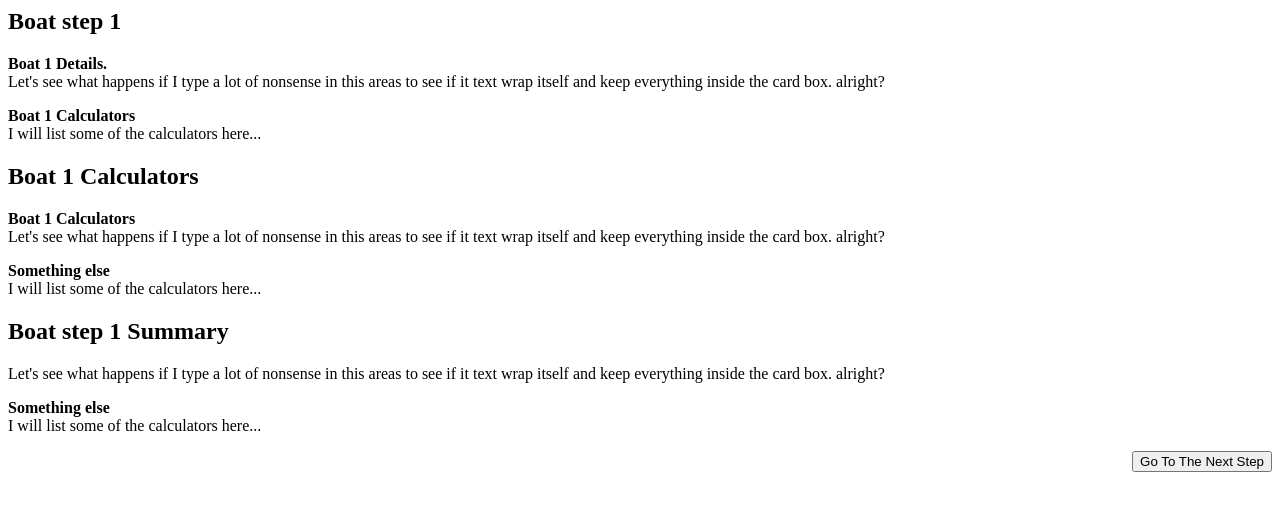
Repository: DevZubair/ionic-test
Page: www/templates/boat1.html
The author's editor kept a record of every edit. The page is drawn from the files as they stood at one moment, then again after the next edit.
The browser window is 1280 px wide. The pictures show the whole page.

Above is the page before.

After the next edit:
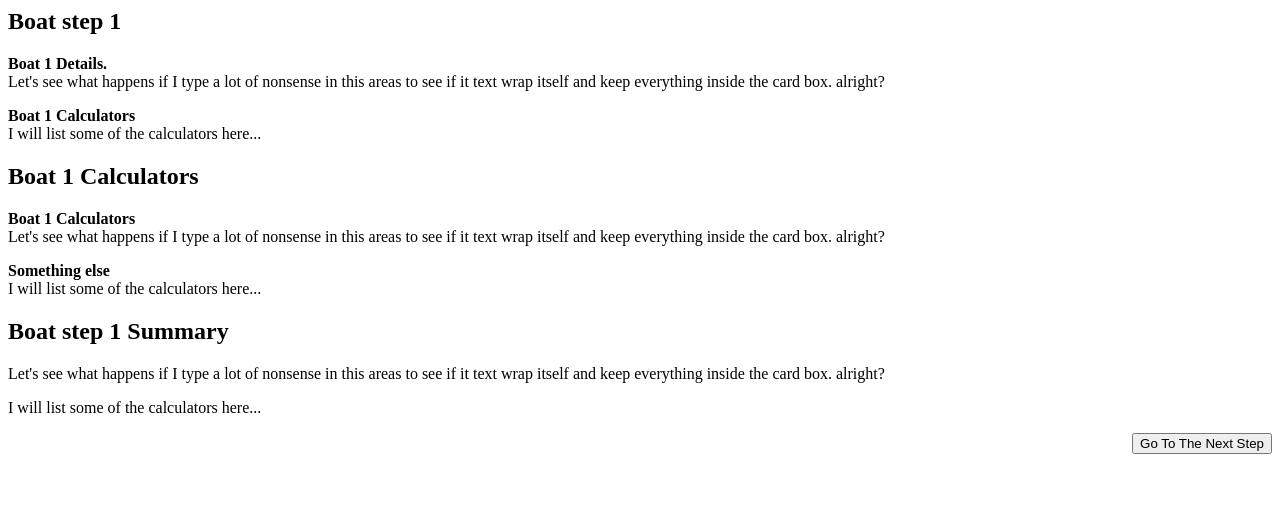
The edit:
--- a/www/templates/boat1.html
+++ b/www/templates/boat1.html
@@ -45,7 +45,7 @@
         Let's see what happens if I type a lot of nonsense in this areas to see if it text wrap itself and keep everything inside the card box. alright? </p>
         <p></p>
 
-        <p><b>Something else</b><br>
+        <p>
         I will list some of the calculators here...
         </p>
       </div>
